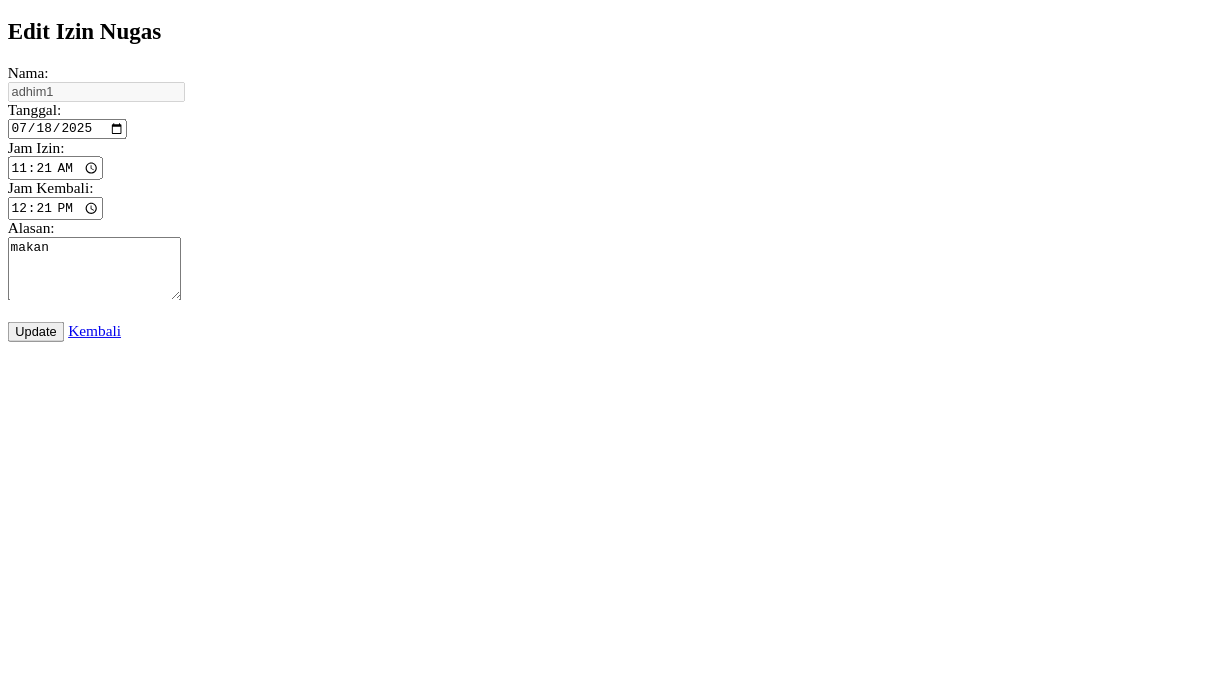
Repository: fatkquladhim/multimedia_app
Page: http://localhost/admin/izin_nugas/izin-nugas-edit.php?id=2
These files come from the project's save history. The page is drawn as it stood at one moment and after the next save; the edit follows.
The browser window is 1280 px wide. The pictures show the whole page, at 96% of full size.
Some web libraries are served in a nearby version. The page is run by PHP 8.4 with error messages shown; the project is at /var/www/html/. The session is filled in as if someone had signed in: {"user_id": 2, "username": "asep", "role": "admin"}. Other server files are loaded and not shown. The database holds what the project's SQL file puts in it.

Above is the page before, as saved 2025-07-18 22:59:01.

### admin/izin_nugas/izin-nugas-edit.php
<?php
session_start();
if (!isset($_SESSION['user_id']) || $_SESSION['role'] !== 'admin') {
    header('Location: ../../auth/login.php');
    exit;
}

require_once '../../includes/db_config.php';
$conn = new mysqli(DB_HOST, DB_USER, DB_PASS, DB_NAME);

// Ambil data izin yang akan diedit
if (isset($_GET['id'])) {
    $id = $_GET['id'];
    $stmt = $conn->prepare("SELECT im.*, a.nama
                           FROM izin_nugas im
                           LEFT JOIN anggota a ON im.id_anggota = a.id
                           WHERE im.id = ?");
    $stmt->bind_param("i", $id);
    $stmt->execute();
    $result = $stmt->get_result();
    $izin = $result->fetch_assoc();

    if (!$izin) {
        header("Location: izin-nugas.php?status=error&message=Izin tidak ditemukan");
        exit;
    }
    $stmt->close();
}

// Proses update data
if ($_SERVER['REQUEST_METHOD'] === 'POST') {
    $id = $_POST['id'];
    $tanggal = $_POST['tanggal'];
    $jam_izin = $_POST['jam_izin'];
    $jam_selesai_izin = $_POST['jam_selesai_izin'];
    $alasan = $_POST['alasan'];

    $stmt = $conn->prepare("UPDATE izin_nugas SET tanggal = ?, jam_izin = ?, jam_selesai_izin = ?, alasan = ? WHERE id = ?");
    $stmt->bind_param("ssssi", $tanggal, $jam_izin, $jam_selesai_izin, $alasan, $id);

    if ($stmt->execute()) {
        header("Location: izin-nugas.php?status=success&message=Izin berhasil diupdate");
    } else {
        header("Location: izin-nugas-edit.php?id=$id&status=error&message=Gagal mengupdate izin");
    }

    $stmt->close();
    $conn->close();
    exit;
}
?>

<!DOCTYPE html>
<html>
<head>
    <title>Edit Izin Nugas</title>
</head>
<body>
    <h2>Edit Izin Nugas</h2>

    <?php
    if (isset($_GET['status']) && isset($_GET['message'])) {
        echo "<div class='alert'>" . htmlspecialchars($_GET['message']) . "</div>";
    }
    ?>

    <form method="POST">
        <input type="hidden" name="id" value="<?php echo $izin['id']; ?>">

        <div>
            <label>Nama:</label><br>
            <input type="text" value="<?php echo htmlspecialchars($izin['nama']); ?>" disabled>
        </div>

        <!-- NIM field removed -->

        <div>
            <label>Tanggal:</label><br>
            <input type="date" name="tanggal" value="<?php echo $izin['tanggal']; ?>" required>
        </div>
        <div>
            <label>Jam Izin:</label><br>
            <input type="time" name="jam_izin" value="<?php echo htmlspecialchars($izin['jam_izin']); ?>" required>
        </div>
        <div>
            <label>Jam Kembali:</label><br>
            <input type="time" name="jam_selesai_izin" value="<?php echo htmlspecialchars($izin['jam_selesai_izin']); ?>" required>
        </div>
        <div>
            <label>Alasan:</label><br>
            <textarea name="alasan" rows="4" required><?php echo htmlspecialchars($izin['alasan']); ?></textarea>
        </div>
        <br>
        <button type="submit">Update</button>
        <a href="izin-nugas.php">Kembali</a>
    </form>
</body>
</html>

### includes/db_config.php
<?php
// Konfigurasi database
define('DB_HOST', 'localhost');
define('DB_USER', 'root'); // ganti jika user database Anda berbeda
define('DB_PASS', '');     // ganti jika ada password database
define('DB_NAME', 'db_multimedia'); // nama database
?>

### db_multimedia (2).sql (the tables this page reads)
CREATE TABLE `anggota` (
  `id` int(11) NOT NULL,
  `nama` varchar(255) NOT NULL,
  `foto` varchar(255) NOT NULL,
  `alamat` text NOT NULL,
  `email` varchar(255) NOT NULL,
  `no_hp` varchar(15) NOT NULL,
  `id_user` int(11) NOT NULL
) ENGINE=InnoDB DEFAULT CHARSET=utf8mb4 COLLATE=utf8mb4_general_ci;

INSERT INTO `anggota` (`id`, `nama`, `foto`, `alamat`, `email`, `no_hp`, `id_user`) VALUES
(21, 'adhim1', 'Feed IG Zapen (Harlah).jpg', 'maloang', 'fatquladhim@gmail.com', '8925489', 21);

ALTER TABLE `anggota`
  ADD PRIMARY KEY (`id`),
  ADD KEY `id_user` (`id_user`);

ALTER TABLE `anggota`
  MODIFY `id` int(11) NOT NULL AUTO_INCREMENT, AUTO_INCREMENT=23;

ALTER TABLE `anggota`
  ADD CONSTRAINT `anggota_ibfk_1` FOREIGN KEY (`id_user`) REFERENCES `users` (`id`) ON DELETE CASCADE;

CREATE TABLE `izin_nugas` (
  `id` int(11) NOT NULL,
  `id_anggota` int(11) DEFAULT NULL,
  `tanggal` date DEFAULT NULL,
  `jam_izin` time DEFAULT NULL,
  `jam_selesai_izin` time DEFAULT NULL,
  `alasan` text DEFAULT NULL
) ENGINE=InnoDB DEFAULT CHARSET=utf8mb4 COLLATE=utf8mb4_general_ci;

INSERT INTO `izin_nugas` (`id`, `id_anggota`, `tanggal`, `jam_izin`, `jam_selesai_izin`, `alasan`) VALUES
(2, 21, '2025-07-18', '11:21:00', '12:21:00', 'makan');

ALTER TABLE `izin_nugas`
  ADD PRIMARY KEY (`id`),
  ADD KEY `id_anggota` (`id_anggota`);

ALTER TABLE `izin_nugas`
  MODIFY `id` int(11) NOT NULL AUTO_INCREMENT, AUTO_INCREMENT=4;

ALTER TABLE `izin_nugas`
  ADD CONSTRAINT `izin_nugas_ibfk_1` FOREIGN KEY (`id_anggota`) REFERENCES `anggota` (`id`);

### admin/header.php
    <?php
    // includes/header.php
    // Pastikan session sudah dimulai di file yang meng-include ini
    ?>
    <!DOCTYPE html>
    <html lang="en">
    <head>
        <meta charset="UTF-8">
        <meta name="viewport" content="width=device-width, initial-scale=1.0">
        <title>Admin Dashboard</title> <!-- Sesuaikan judul per halaman -->
        <script src="https://cdn.tailwindcss.com"></script>
        <link href="https://cdnjs.cloudflare.com/ajax/libs/font-awesome/6.0.0/css/all.min.css" rel="stylesheet">
        <script>
            tailwind.config = {
                darkMode: 'class',
                theme: {
                    extend: {
                        colors: {
                            'light-blue': {
                                50: '#f0f9ff',
                                100: '#e0f2fe',
                                200: '#bae6fd',
                                300: '#7dd3fc',
                                400: '#38bdf8',
                                500: '#0ea5e9',
                                600: '#0284c7',
                                700: '#0369a1',
                                800: '#075985',
                                900: '#0c4a6e'
                            }
                        }
                    }
                }
            }
        </script>
        <style>
            /* Styles from dashboard.php */
            .sidebar {
                transition: all 0.4s cubic-bezier(0.4, 0, 0.2, 1);
            }
            .main-content-area {
                transition: all 0.4s cubic-bezier(0.4, 0, 0.2, 1);
            }
            .sidebar-nav-item {
                transition: all 0.3s ease-in-out;
            }
            .dark-mode-transition {
                transition: background-color 0.3s ease, color 0.3s ease;
            }
            .gradient-bg {
                background: linear-gradient(135deg, #e0f2fe 0%, #bae6fd 100%);
            }
            .dark .gradient-bg {
                background: linear-gradient(135deg, #1e293b 0%, #334155 100%);
            }
            .glass-effect {
                backdrop-filter: blur(10px);
                background: rgba(255, 255, 255, 0.9);
            }
            .dark .glass-effect {
                background: rgba(30, 41, 59, 0.9);
            }
            .hover-scale {
                transition: transform 0.2s ease;
            }
            .hover-scale:hover {
                transform: scale(1.02);
            }
            .animate-fade-in {
                animation: fadeIn 0.5s ease-in-out;
            }
            @keyframes fadeIn {
                from {
                    opacity: 0;
                    transform: translateY(10px);
                }
                to {
                    opacity: 1;
                    transform: translateY(0);
                }
            }
            .mobile-menu {
                transform: translateX(-100%);
                transition: transform 0.3s ease;
            }
            .mobile-menu.active {
                transform: translateX(0);
            }
            @media (max-width: 768px) {
                .sidebar {
                    position: fixed;
                    top: 0;
                    left: 0;
                    height: 100vh;
                    z-index: 50;
                    transform: translateX(-100%);
                }
                .sidebar.active {
                    transform: translateX(0);
                }
                .sidebar-overlay {
                    position: fixed;
                    top: 0;
                    left: 0;
                    width: 100%;
                    height: 100%;
                    background: rgba(0, 0, 0, 0.5);
                    z-index: 40;
                    opacity: 0;
                    visibility: hidden;
                    transition: all 0.3s ease;
                }
                .sidebar-overlay.active {
                    opacity: 1;
                    visibility: visible;
                }
            }
            /* Specific styles for forms/tables if needed */
            table { width: 100%; border-collapse: collapse; margin-top: 20px; }
            th, td { padding: 8px; border: 1px solid #ddd; text-align: left; }
            th { background-color: #f2f2f2; }
            .alert { padding: 10px; margin-bottom: 15px; border-radius: 4px; }
            .alert-success { background-color: #d4edda; color: #155724; border: 1px solid #c3e6cb; }
            .alert-error, .alert-danger { background-color: #f8d7da; color: #721c24; border: 1px solid #f5c6cb; }
            .form-group { margin-bottom: 10px; }
            input[type="text"], input[type="email"], input[type="password"], input[type="number"], input[type="date"], input[type="time"], select, textarea {
                width: 100%; max-width: 300px; padding: 8px; border: 1px solid #ccc; border-radius: 4px; box-sizing: border-box;
            }
            button { padding: 10px 15px; background-color: #0ea5e9; color: white; border: none; border-radius: 4px; cursor: pointer; }
            button:hover { background-color: #0284c7; }
            a { text-decoration: none; color: #007bff; }
            a:hover { text-decoration: underline; }
        </style>
    </head>
    <body class="gradient-bg dark-mode-transition">
        <div id="sidebarOverlay" class="sidebar-overlay md:hidden"></div>
        <div class="min-h-screen flex">
            <!-- Sidebar -->
            <?php include 'sidebar.php'; ?>
            <!-- Main Content Area -->
            <div id="mainContentArea" class="flex-1 flex flex-col main-content-area">
                <!-- Header -->
                <header class="bg-white dark:bg-slate-800 shadow-sm p-4 md:p-6 glass-effect">
                    <div class="flex items-center justify-between">
                        <div class="flex items-center space-x-4">
                            <button id="mobileMenuToggle" class="md:hidden p-2 text-gray-600 dark:text-gray-300 hover:text-gray-800 dark:hover:text-white focus:outline-none">
                                <i class="fas fa-bars text-xl"></i>
                            </button>
                            <button id="sidebarToggle" class="hidden md:block p-2 text-gray-600 dark:text-gray-300 hover:text-gray-800 dark:hover:text-white focus:outline-none">
                                <i class="fas fa-bars text-xl"></i>
                            </button>
                            <div class="hidden md:block">
                                <h1 class="text-xl md:text-2xl font-bold text-gray-800 dark:text-white">
                                    <?php echo basename($_SERVER['PHP_SELF'], '.php'); ?> <!-- Dynamic title -->
                                </h1>
                            </div>
                        </div>
                        <div class="flex items-center space-x-2 md:space-x-4">
                            <button id="darkModeToggle" class="p-2 text-gray-600 dark:text-gray-300 hover:text-gray-800 dark:hover:text-white focus:outline-none">
                                <i class="fas fa-moon text-xl dark:hidden"></i>
                                <i class="fas fa-sun text-xl hidden dark:block"></i>
                            </button>
                            <button class="p-2 text-gray-600 dark:text-gray-300 hover:text-gray-800 dark:hover:text-white">
                                <i class="fas fa-bell text-xl"></i>
                            </button>
                            <div class="w-8 h-8 md:w-10 md:h-10 bg-light-blue-300 rounded-full overflow-hidden">
                                <img src="https://via.placeholder.com/40x40" alt="Profile" class="w-full h-full object-cover">
                            </div>
                        </div>
                    </div>
                </header>
                <main class="flex-1 p-4 md:p-6">

### admin/sidebar.php
    <?php
    // includes/sidebar.php
    // Pastikan session sudah dimulai di file yang meng-include ini
    // if (!isset($_SESSION['user_id']) || $_SESSION['role'] !== 'admin') {
    //     header('Location: ../auth/login.php');
    //     exit;
    // }
    ?>
    <div id="sidebar" class="w-64 bg-white dark:bg-slate-800 shadow-xl flex-shrink-0 sidebar transition-all duration-300 overflow-hidden glass-effect">
        <div class="p-4 flex items-center justify-between border-b border-light-blue-100 dark:border-slate-700">
            <div class="flex items-center space-x-3">
                <div class="w-10 h-10 bg-light-blue-500 rounded-lg flex items-center justify-center">
                    <i class="fas fa-home text-white text-xl"></i>
                </div>
                <h1 class="text-xl font-bold text-gray-800 dark:text-white">Multimedia</h1>
            </div>
            <button id="closeSidebar" class="md:hidden p-2 text-gray-500 hover:text-gray-700 dark:text-gray-400 dark:hover:text-gray-200">
                <i class="fas fa-times"></i>
            </button>
        </div>

        <nav class="mt-6 px-4">
            <div class="space-y-2">
                <a href="../dashboard.php" class="flex items-center px-4 py-3 text-light-blue-600 bg-light-blue-50 dark:bg-light-blue-900 dark:text-light-blue-300 rounded-lg sidebar-nav-item hover-scale">
                    <i class="fas fa-tachometer-alt w-5 h-5 mr-3"></i>
                    <span class="font-medium">Dashboard</span>
                </a>

                <a href="../anggota/anggota.php" class="flex items-center px-4 py-3 text-gray-600 dark:text-gray-300 hover:text-light-blue-600 dark:hover:text-light-blue-400 hover:bg-light-blue-50 dark:hover:bg-slate-700 rounded-lg sidebar-nav-item hover-scale">
                    <i class="fas fa-users w-5 h-5 mr-3"></i>
                    <span class="font-medium">Manajemen Anggota</span>
                </a>

                <a href="../daftar alat/daftar-alat.php" class="flex items-center px-4 py-3 text-gray-600 dark:text-gray-300 hover:text-light-blue-600 dark:hover:text-light-blue-400 hover:bg-light-blue-50 dark:hover:bg-slate-700 rounded-lg sidebar-nav-item hover-scale">
                    <i class="fas fa-tools w-5 h-5 mr-3"></i>
                    <span class="font-medium">Manajemen Alat</span>
                </a>

                <a href="../peminjaman/peminjaman-barang.php" class="flex items-center px-4 py-3 text-gray-600 dark:text-gray-300 hover:text-light-blue-600 dark:hover:text-light-blue-400 hover:bg-light-blue-50 dark:hover:bg-slate-700 rounded-lg sidebar-nav-item hover-scale">
                    <i class="fas fa-handshake w-5 h-5 mr-3"></i>
                    <span class="font-medium">Peminjaman Barang</span>
                </a>

                <a href="../penyewaan/penyewaan-barang.php" class="flex items-center px-4 py-3 text-gray-600 dark:text-gray-300 hover:text-light-blue-600 dark:hover:text-light-blue-400 hover:bg-light-blue-50 dark:hover:bg-slate-700 rounded-lg sidebar-nav-item hover-scale">
                    <i class="fas fa-cash-register w-5 h-5 mr-3"></i>
                    <span class="font-medium">Penyewaan Barang</span>
                </a>

                <a href="../legalisasi laptop/legalisasi_list.php" class="flex items-center px-4 py-3 text-gray-600 dark:text-gray-300 hover:text-light-blue-600 dark:hover:text-light-blue-400 hover:bg-light-blue-50 dark:hover:bg-slate-700 rounded-lg sidebar-nav-item hover-scale">
                    <i class="fas fa-laptop w-5 h-5 mr-3"></i>
                    <span class="font-medium">Legalisasi Laptop</span>
                </a>
            </div>

            <div class="mt-8 mb-4">
                <h3 class="px-4 text-xs font-semibold text-gray-500 dark:text-gray-400 uppercase tracking-wider">
                    Tugas & Izin
                </h3>
            </div>

            <div class="space-y-2">
                <a href="../beri tugas/beri_tugas_form.php" class="flex items-center px-4 py-3 text-gray-600 dark:text-gray-300 hover:text-light-blue-600 dark:hover:text-light-blue-400 hover:bg-light-blue-50 dark:hover:bg-slate-700 rounded-lg sidebar-nav-item hover-scale">
                    <i class="fas fa-clipboard-list w-5 h-5 mr-3"></i>
                    <span class="font-medium">Beri Tugas</span>
                </a>

                <a href="../beri tugas/tugas_selesai_riwayat.php" class="flex items-center px-4 py-3 text-gray-600 dark:text-gray-300 hover:text-light-blue-600 dark:hover:text-light-blue-400 hover:bg-light-blue-50 dark:hover:bg-slate-700 rounded-lg sidebar-nav-item hover-scale">
                    <i class="fas fa-check-double w-5 h-5 mr-3"></i>
                    <span class="font-medium">Riwayat Tugas</span>
                </a>

                <a href="../izin_malam/izin-malam.php" class="flex items-center px-4 py-3 text-gray-600 dark:text-gray-300 hover:text-light-blue-600 dark:hover:text-light-blue-400 hover:bg-light-blue-50 dark:hover:bg-slate-700 rounded-lg sidebar-nav-item hover-scale">
                    <i class="fas fa-moon w-5 h-5 mr-3"></i>
                    <span class="font-medium">Izin Malam</span>
                </a>

                <a href="../izin_nugas/izin-nugas.php" class="flex items-center px-4 py-3 text-gray-600 dark:text-gray-300 hover:text-light-blue-600 dark:hover:text-light-blue-400 hover:bg-light-blue-50 dark:hover:bg-slate-700 rounded-lg sidebar-nav-item hover-scale">
                    <i class="fas fa-book-open w-5 h-5 mr-3"></i>
                    <span class="font-medium">Izin Nugas</span>
                </a>
            </div>

            <div class="mt-8 mb-4">
                <h3 class="px-4 text-xs font-semibold text-gray-500 dark:text-gray-400 uppercase tracking-wider">
                    Keuangan
                </h3>
            </div>

            <div class="space-y-2">
                <a href="../uang masuk/masuk.php" class="flex items-center px-4 py-3 text-gray-600 dark:text-gray-300 hover:text-light-blue-600 dark:hover:text-light-blue-400 hover:bg-light-blue-50 dark:hover:bg-slate-700 rounded-lg sidebar-nav-item hover-scale">
                    <i class="fas fa-money-bill-alt w-5 h-5 mr-3"></i>
                    <span class="font-medium">Uang Masuk</span>
                </a>

                <a href="../uang keluar/keluar.php" class="flex items-center px-4 py-3 text-gray-600 dark:text-gray-300 hover:text-light-blue-600 dark:hover:text-light-blue-400 hover:bg-light-blue-50 dark:hover:bg-slate-700 rounded-lg sidebar-nav-item hover-scale">
                    <i class="fas fa-money-bill-wave w-5 h-5 mr-3"></i>
                    <span class="font-medium">Uang Keluar</span>
                </a>
            </div>

            <div class="mt-8 mb-4">
                <h3 class="px-4 text-xs font-semibold text-gray-500 dark:text-gray-400 uppercase tracking-wider">
                    Akun
                </h3>
            </div>

            <div class="space-y-2">
                <a href="../auth/logout.php" class="flex items-center px-4 py-3 text-red-600 dark:text-red-400 hover:text-red-700 dark:hover:text-red-300 hover:bg-red-50 dark:hover:bg-red-900 rounded-lg sidebar-nav-item hover-scale">
                    <i class="fas fa-sign-out-alt w-5 h-5 mr-3"></i>
                    <span class="font-medium">Logout</span>
                </a>
            </div>
        </nav>
    </div>

After the next save:
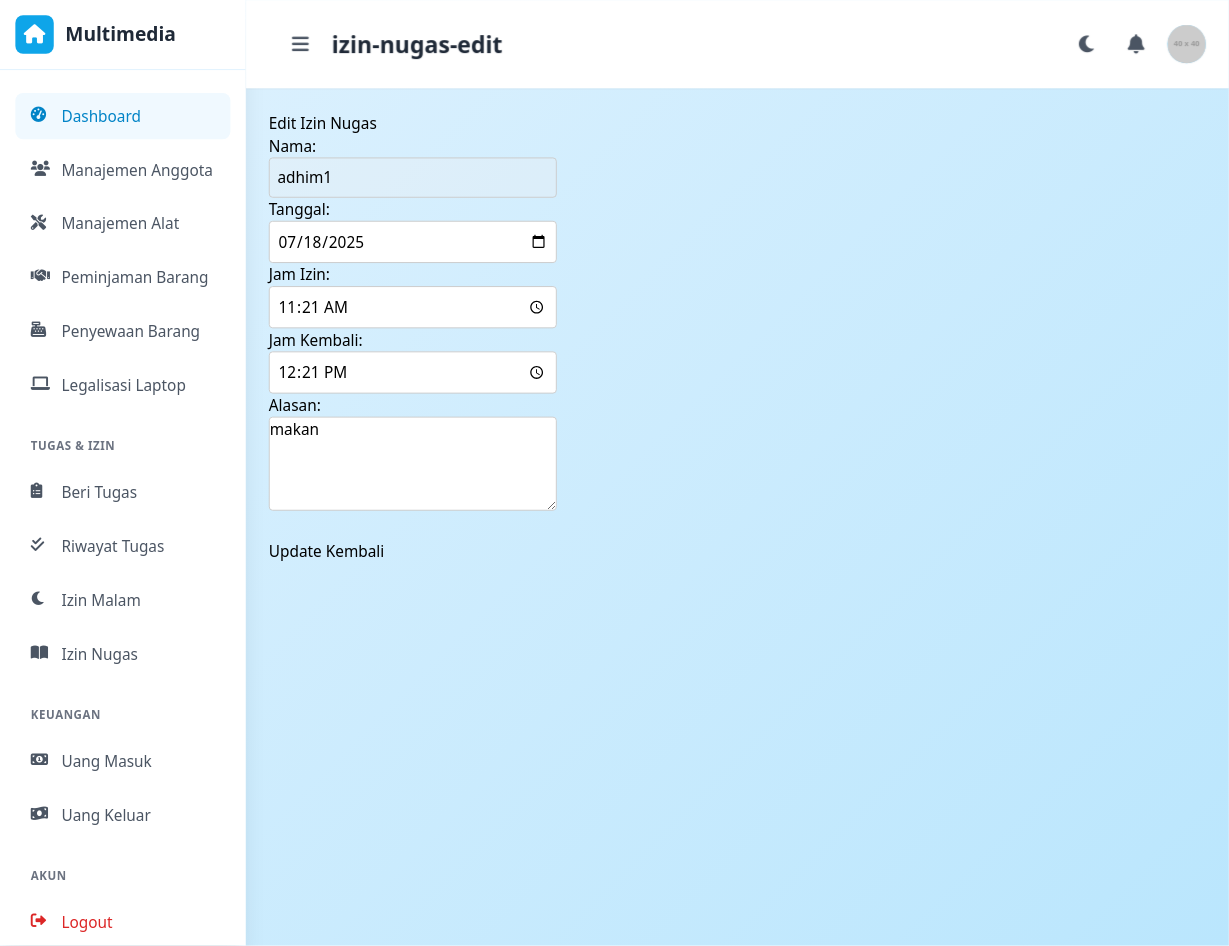
Saved 16 s later.
--- a/admin/izin_nugas/izin-nugas-edit.php
+++ b/admin/izin_nugas/izin-nugas-edit.php
@@ -48,14 +48,9 @@ if ($_SERVER['REQUEST_METHOD'] === 'POST') {
     $conn->close();
     exit;
 }
+include '../header.php'; // Path relatif dari 'anggota/'
 ?>
 
-<!DOCTYPE html>
-<html>
-<head>
-    <title>Edit Izin Nugas</title>
-</head>
-<body>
     <h2>Edit Izin Nugas</h2>
 
     <?php
@@ -71,8 +66,6 @@ if ($_SERVER['REQUEST_METHOD'] === 'POST') {
             <label>Nama:</label><br>
             <input type="text" value="<?php echo htmlspecialchars($izin['nama']); ?>" disabled>
         </div>
-
-        <!-- NIM field removed -->
 
         <div>
             <label>Tanggal:</label><br>
